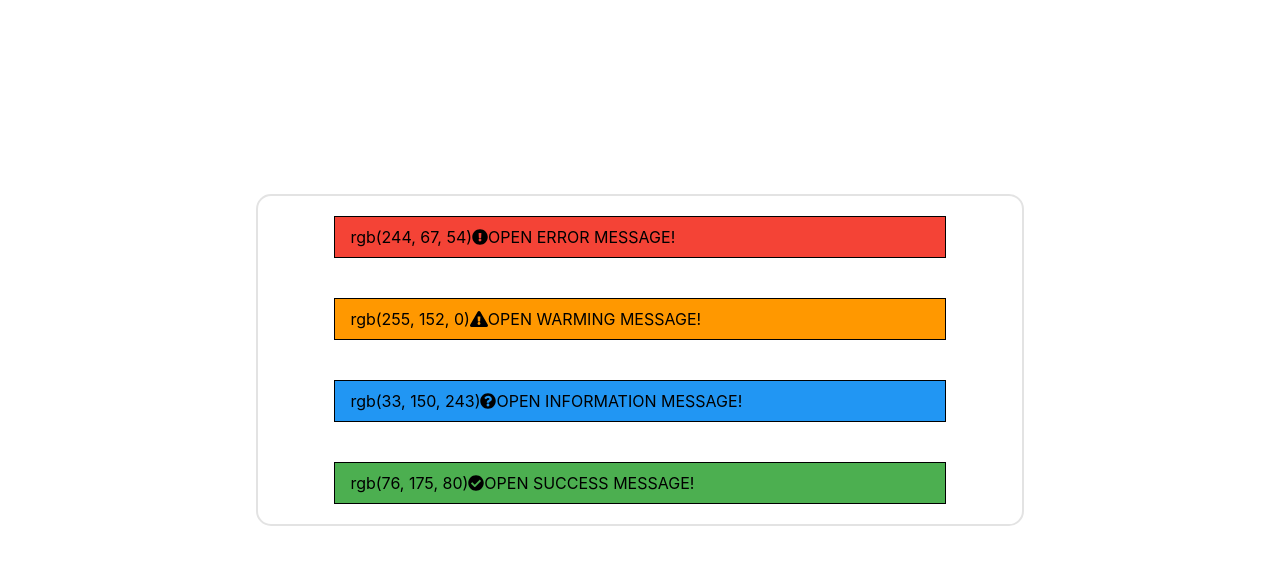
Repository: KrzysKolo/sr_tydzien5_zad2
Page: /
These files come from the project's save history. The page is drawn as it stood at one moment and after the next save; the edit follows.
The browser window is 1280 px wide. The pictures show the whole page.
The project was rebuilt for these pictures with package versions that can differ from the ones it lists, and the page was loaded fresh each time.

Above is the page before, as saved 2020-12-21 18:02:23.

### public/index.html
<!DOCTYPE html>
<html lang="en">
  <head>
    <meta charset="utf-8" />
    <link rel="icon" href="%PUBLIC_URL%/favicon.ico" />
    <meta name="viewport" content="width=device-width, initial-scale=1" />
    <meta name="theme-color" content="#000000" />
    <meta
      name="description"
      content="Web site created using create-react-app"
    />
    <link rel="apple-touch-icon" href="%PUBLIC_URL%/logo192.png" />
    <!--
      manifest.json provides metadata used when your web app is installed on a
      user's mobile device or desktop. See https://developers.google.com/web/fundamentals/web-app-manifest/
    -->
    <link rel="manifest" href="%PUBLIC_URL%/manifest.json" />
    <!--
      Notice the use of %PUBLIC_URL% in the tags above.
      It will be replaced with the URL of the `public` folder during the build.
      Only files inside the `public` folder can be referenced from the HTML.

      Unlike "/favicon.ico" or "favicon.ico", "%PUBLIC_URL%/favicon.ico" will
      work correctly both with client-side routing and a non-root public URL.
      Learn how to configure a non-root public URL by running `npm run build`.
    -->
    <title>Zad 2 - snackbar</title>
  </head>
  <body>
    <noscript>You need to enable JavaScript to run this app.</noscript>
    <div id="root"></div>
    <!--
      This HTML file is a template.
      If you open it directly in the browser, you will see an empty page.

      You can add webfonts, meta tags, or analytics to this file.
      The build step will place the bundled scripts into the <body> tag.

      To begin the development, run `npm start` or `yarn start`.
      To create a production bundle, use `npm run build` or `yarn build`.
    -->
  </body>
</html>

### src/App.js
import React from 'react';
import Buttons from './components/Buttons';
import './App.css';
const App = () => {
  return (
    <div className="wrapper--btn">
      <Buttons />
    </div>
  )
}

export default App;

### src/components/Buttons.js
import React from 'react';
import PaletColors from './../colors/PaletColors';
import ButtonsData from './../data/ButtonsData';
import Button from './Button';

const Buttons = () => {
    return (
        <>
            {ButtonsData.map(button =>
                <Button key={button.id} data={button} />
            )}
        </>
    )
}

export default Buttons;

### src/App.css
* {
  box-sizing: border-box;
  margin: 0;
  position: relative;
}
body {
  width: 100vw;
  height: 100vh;
  display: flex;
  flex-direction: row;
  justify-content: center;
  align-items: center;
}
.wrapper--btn {
  border: 2px solid #e3e3e3;
  border-radius: 15px;
  width: 60vw;
  display: flex;
  flex-direction: column;
  justify-content: center;
  align-items: center;
}
.btn {
  border: 1px solid black;
  padding: 10px 15px;
  margin: 20px;
  width: 80%;
}

### src/colors/PaletColors.js
const PaletColors = {
    "red": "rgb(244, 67, 54)",
    "orange": "rgb(255, 152, 0)",
    "blue": "rgb(33, 150, 243)",
    "green": "rgb(76, 175, 80)",
    "maroon": "rgb(124, 0, 0)",
    "navy": "rgb(44, 44, 96)",
    "white": "rgb(240, 239, 244)",
    "black": "rgb(0, 0, 0)",
};

  export default PaletColors;

### src/data/ButtonsData.js
const ButtonsData = [
    {
      id: 0,
      name: "OPEN ERROR MESSAGE!",
      event: "handleClickError",
      color: "rgb(244, 67, 54)",
      icon: "faExclamationCircle"
    },
    {
      id: 1,
      name: "OPEN WARMING MESSAGE!",
      event: "handleClickWarming",
      color: "rgb(255, 152, 0)",
      icon: "faExclamationTriangle",
    },
    {
      id: 2,
      name: "OPEN INFORMATION MESSAGE!",
      event: "handleClickInformation",
      color: "rgb(33, 150, 243)",
      icon: "faQuestionCircle",
    },
    {
      id: 3,
      name: "OPEN SUCCESS MESSAGE!",
      event: "handleClickSuccess",
      color: "rgb(76, 175, 80)",
      icon: "faCheckCircle",
    },

  ]
 export default ButtonsData;

### src/components/Button.js
import React, { useState } from 'react';
import Icons from './Icons';
import PaletColor from './../colors/PaletColors';

const Button = ({ data} ) => {

    return (
        <div className="btn"
        onClick={data.event}
        style={{backgroundColor: `${data.color}` }}>{data.color}
            <Icons icon={data.icon}/>
             {data.name}
        </div>
    )
}

export default Button;

### src/components/Icons.js
import React from 'react';
import { FontAwesomeIcon } from '@fortawesome/react-fontawesome';
import { faCheckCircle, faQuestionCircle, faExclamationTriangle, faExclamationCircle } from '@fortawesome/free-solid-svg-icons';

const Icons = ({icon}) => {

        switch (icon) {
            case 'faExclamationCircle': return <FontAwesomeIcon icon={faExclamationCircle} />;
            case 'faExclamationTriangle': return <FontAwesomeIcon icon={faExclamationTriangle} />;
            case 'faQuestionCircle': return <FontAwesomeIcon icon={faQuestionCircle} />;
            case 'faCheckCircle': return <FontAwesomeIcon icon={faCheckCircle} />;
            default: return null;
            }



}

export default Icons;

Loaded but not shown: src/index.js (common file); src/index.css (common file)

After the next save:
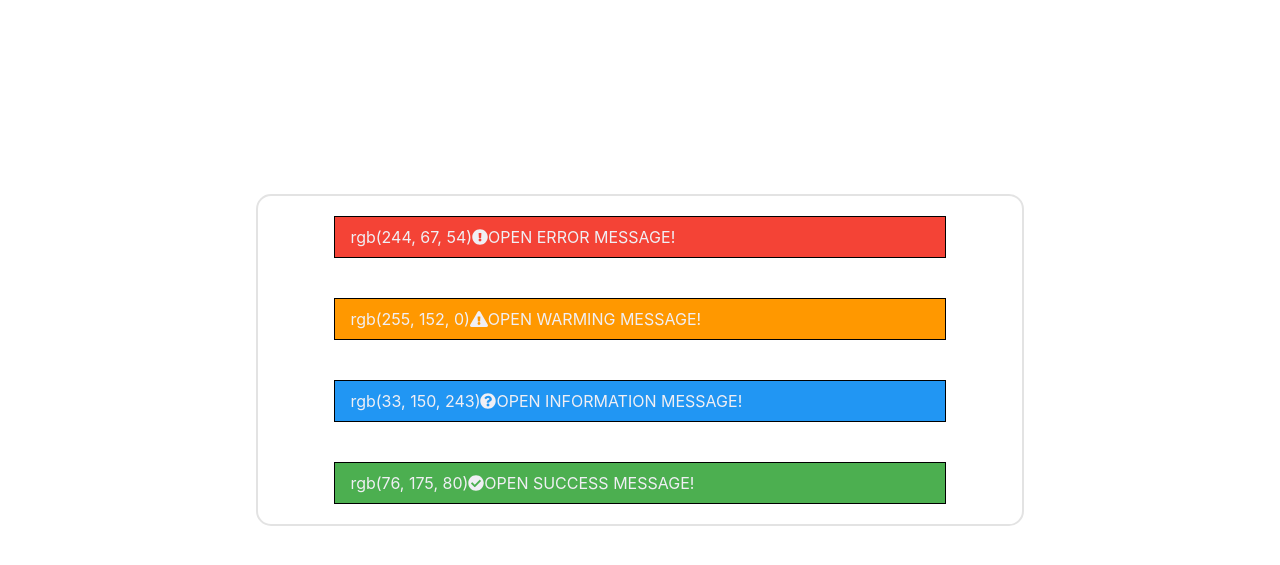
Saved 59 s later.
--- a/src/App.css
+++ b/src/App.css
@@ -22,6 +22,8 @@ body {
 }
 .btn {
   border: 1px solid black;
+  color: rgb(240, 239, 244);
+  cursor: pointer;
   padding: 10px 15px;
   margin: 20px;
   width: 80%;
